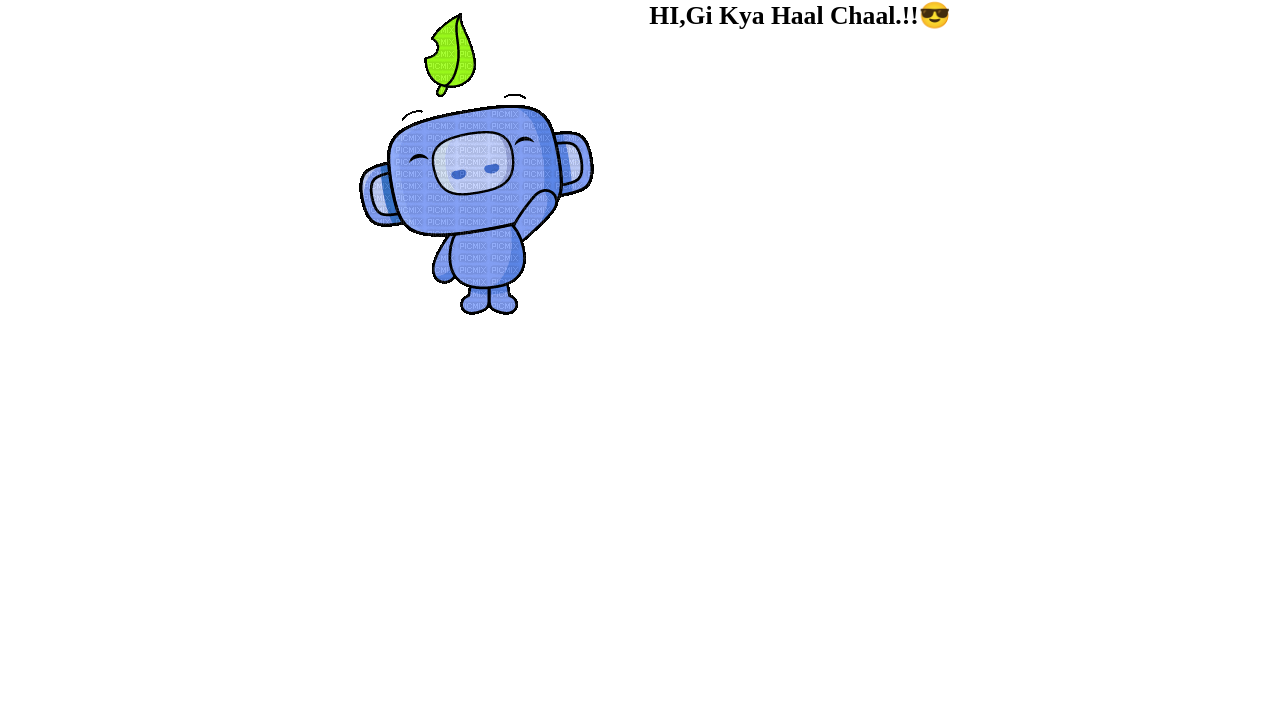
Repository: Deepak-Mane1902/simple-Calculator-using-JSP-Servlet
Page: http://localhost/webProject/
These files come from the project's save history. The page is drawn as it stood at one moment and after the next save; the edit follows.
The browser window is 1280 px wide. The pictures show the whole page.
The page is served by Tomcat 9. Other server files are loaded and not shown.

Above is the page before, as saved 2024-12-15 06:36:18.

### webProject/src/main/webapp/index.html
<!DOCTYPE html>
<html>
<head>
<meta charset="UTF-8">
<title>Insert title here</title>
<link rel="stylesheet" href="style.css" >
</head>
<body>
<main>
<img src="images/gip.gif" />
<h1>HI,Gi Kya Haal Chaal.!!😎</h1>
</main>
</body>
</html>

### webProject/src/main/webapp/style.css
*{
	margin:0;
	padding:0;
	font-size:2vw;
}
html,body{
	width:100%;
	height:100%;
		background:linear-gradient(from left :(blue,black));
}
main{
	display:flex;
	align-item:center;
	justify-content:center;

}
img{
	width:25%;
}
h1{
	position:relative;
}

After the next save:
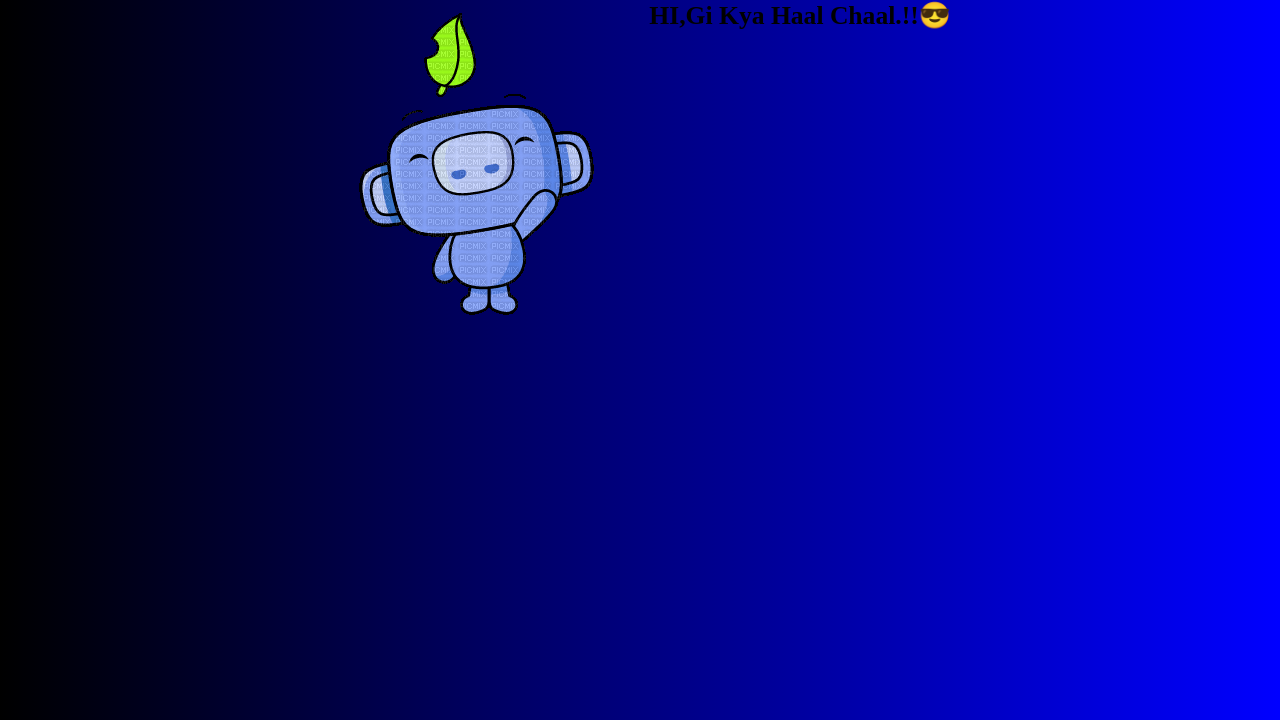
Saved 26 s later.
--- a/webProject/src/main/webapp/style.css
+++ b/webProject/src/main/webapp/style.css
@@ -6,7 +6,7 @@
 html,body{
 	width:100%;
 	height:100%;
-		background:linear-gradient(from left :(blue,black));
+		background:linear-gradient(to left, blue,black);
 }
 main{
 	display:flex;
